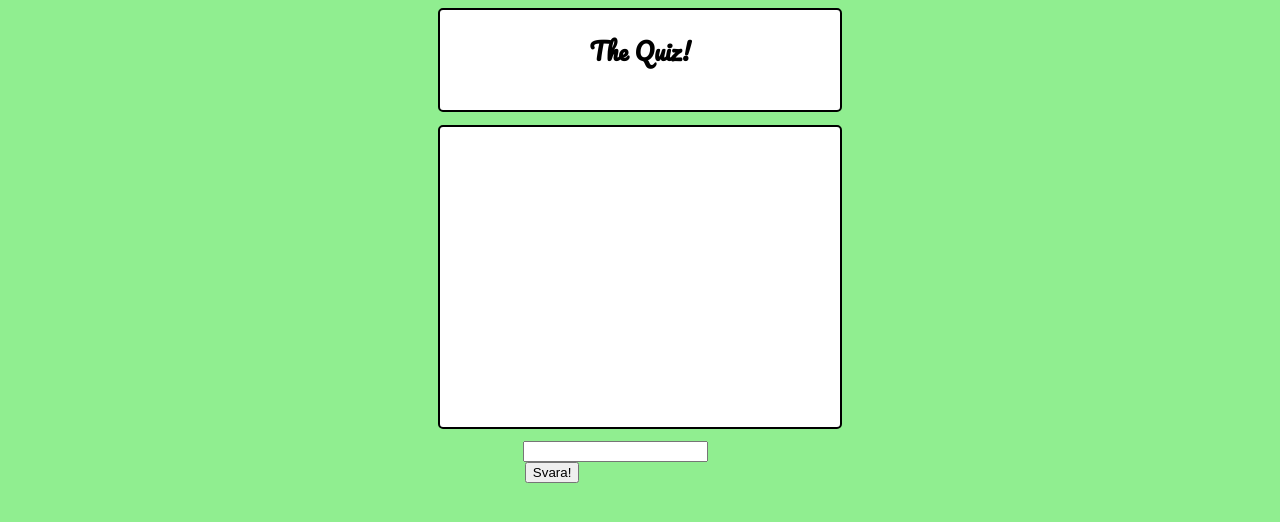
Repository: kn222gp/1dv403-laborationer
Page: 4-thequiz/index.html
The author's editor kept a record of every edit. The page is drawn from the files as they stood at one moment, then again after the next edit.
The browser window is 1280 px wide. The pictures show the whole page.
The page's requests for data from a server got no answer.

Above is the page before.

After the next edit:
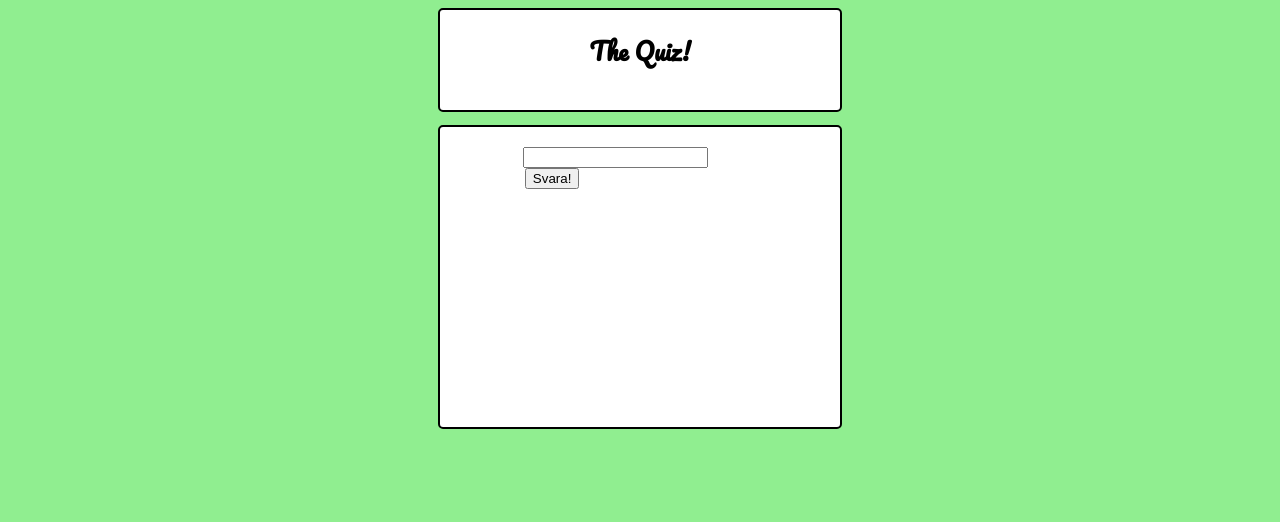
The edit:
--- a/4-thequiz/index.html
+++ b/4-thequiz/index.html
@@ -19,7 +19,7 @@
         <div id="error">
 
         </div>
-        <h3 id="msg">
+        <div id="msg">
 
         </h3>
 

After the edit that followed:
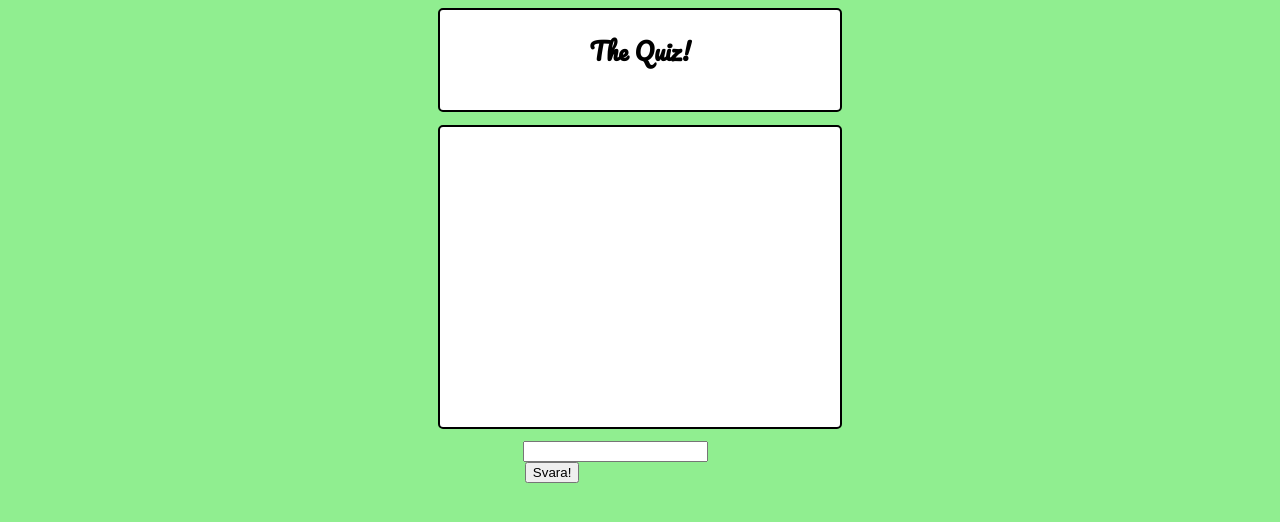
The edit:
--- a/4-thequiz/index.html
+++ b/4-thequiz/index.html
@@ -21,7 +21,7 @@
         </div>
         <div id="msg">
 
-        </h3>
+        </div>
 
     </div>
 
